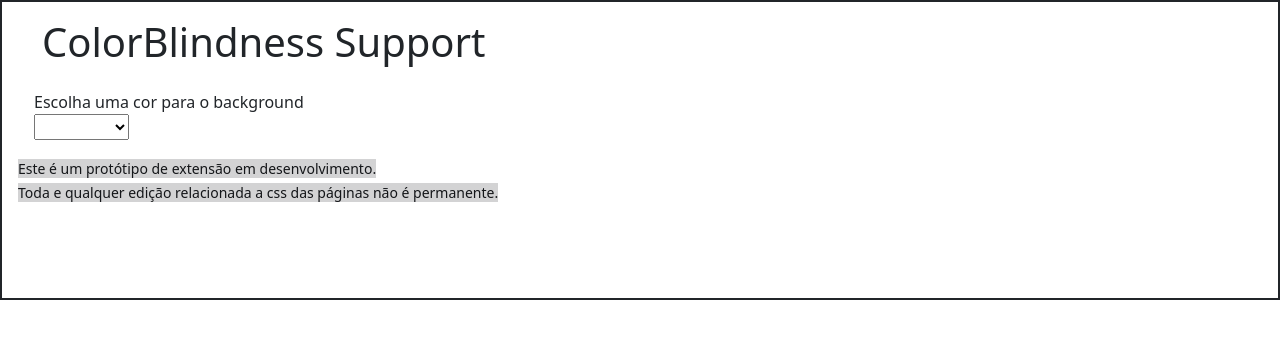
Repository: pedrosiqueira/daltonchrome
Page: popup.html
An editor plug-in stored every save of this project. The page is shown before and after the next save, followed by the edit.
The browser window is 1280 px wide. The pictures show the whole page.

Above is the page before, as saved 2022-06-17 13:14:21.

After the next save:
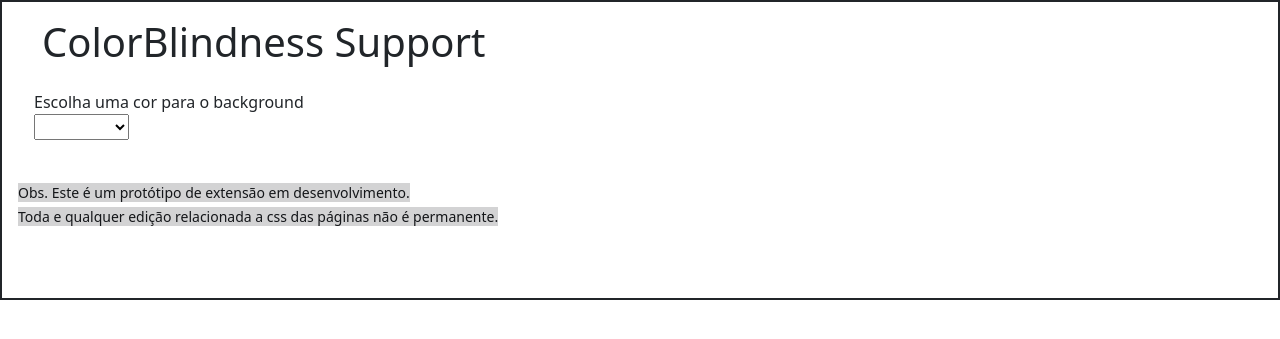
Saved 16 s later.
--- a/popup.html
+++ b/popup.html
@@ -31,8 +31,8 @@
             <option value="blue">Azul</option>
         </select>
     </div>
-
-    <alert id="alert" class="alert-dark form-text">Este é um protótipo de extensão em desenvolvimento.<br>
+    <br>
+    <alert id="alert" class="alert-dark form-text">Obs. Este é um protótipo de extensão em desenvolvimento.<br>
     Toda e qualquer edição relacionada a css das páginas não é permanente.
     </alert>
 
